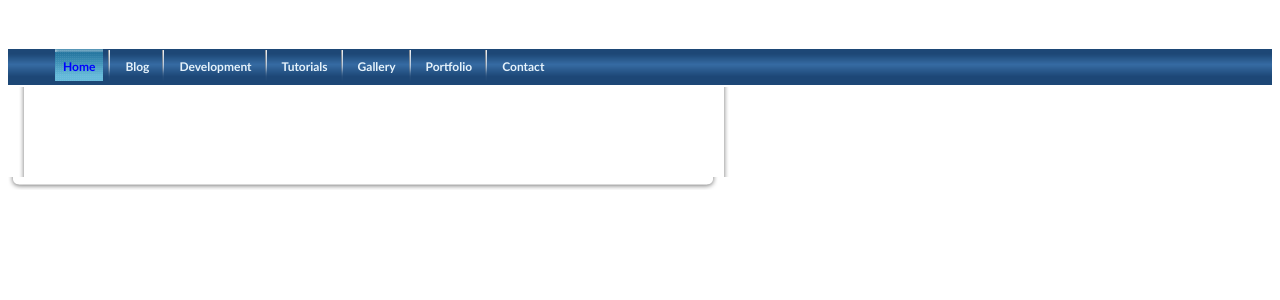
Repository: acura/IssueTrackingSystem
Page: its/WebContent/index1.html
These files come from the project's save history. The page is drawn as it stood at one moment and after the next save; the edit follows.
The browser window is 1280 px wide. The pictures show the whole page.

Above is the page before, as saved 2013-02-21 07:02:52.

### its/WebContent/index1.html
<!DOCTYPE html PUBLIC "-//W3C//DTD XHTML 1.0 Strict//EN" "http://www.w3.org/TR/xhtml1/DTD/xhtml1-strict.dtd">

<html xmlns="http://www.w3.org/1999/xhtml" xml:lang="hu" lang="hu">
<head>
	<meta http-equiv="Content-Type" content="text/html; charset=utf-8" />
	<title>Menu</title>

	<style media="all" type="text/css">@import "menu_style.css";</style>
	<!--[if lt IE 7]>
		<link rel="stylesheet" type="text/css" href="/include/ie6.css" media="screen"/>
	<![endif]-->
</head>
<body>
<div class="wrapper1">
	<div class="wrapper">
		<div class="nav-wrapper">
			<div class="nav-left"></div>
			<div class="nav">
				<ul id="navigation">
			   		<li class="active">
						<a href="#">
							<span class="menu-left"></span>
							<span class="menu-mid">Home</span>
							<span class="menu-right"></span>
						</a>
					</li>
			   		<li class="">
						<a href="#">
							<span class="menu-left"></span>
							<span class="menu-mid">Blog</span>
							<span class="menu-right"></span>
						</a>
	            	   	<div class="sub">
			   				<ul>
			   					<li>
									<a href="#">Archives</a>
								</li>
			   					<li>
									<a href="#">Categories</a>
								</li>
			   					<li>
									<a href="#">Top-rated Posts</a>
								</li>
			   					<li>
									<a href="#">Most-viewed Entries</a>
								</li>
			   				</ul>
			   				<div class="btm-bg"></div>
			   			</div>
					</li>
			   		<li class="">
						<a href="#">
							<span class="menu-left"></span>
							<span class="menu-mid">Development</span>
							<span class="menu-right"></span>
						</a>
			   			<div class="sub">
			   				<ul>
			   					<li>
									<a href="#">Wordpress Themes</a>
									</li>
			   					<li>
									<a href="#">Wordpress Plugins</a>
								</li>
			   					<li>
									<a href="#">Mac OS X</a>
								</li>
			   				</ul>
			   				<div class="btm-bg"></div>
			   			</div>
			   		</li>
			   		<li class="">
						<a href="#">
							<span class="menu-left"></span>
							<span class="menu-mid">Tutorials</span>
							<span class="menu-right"></span>
						</a>
	            	   	<div class="sub">
			   				<ul>
			   					<li>
									<a href="#">Photoshop</a>
								</li>
			   					<li>
									<a href="#">Illustrator</a>
								</li>
			   					<li>
									<a href="#">Css, Html</a>
								</li>
								<li>
									<a href="#">Post Your Tutorial!</a>
								</li>
			   				</ul>
			   				<div class="btm-bg"></div>
			   			</div>
					</li>
			   		<li class="">
						<a href="#">
							<span class="menu-left"></span>
							<span class="menu-mid">Gallery</span>
							<span class="menu-right"></span>
						</a>
	            	   	<div class="sub">
			   				<ul>
			   					<li>
									<a href="#">Personal Photos</a>
								</li>
			   					<li>
									<a href="#">My Friends</a>
								</li>
			   					<li>
									<a href="#">Tech</a>
								</li>
			   				</ul>
			   				<div class="btm-bg"></div>
			   			</div>
					</li>
			   		<li class="">
						<a href="#">
							<span class="menu-left"></span>
							<span class="menu-mid">Portfolio</span>
							<span class="menu-right"></span>
						</a>
	            	   	<div class="sub">
			   				<ul>
			   					<li>
									<a href="#">My Works</a>
								</li>
			   				</ul>
			   				<div class="btm-bg"></div>
			   			</div>
					</li>
			   		<li class="last">
						<a href="">
							<span class="menu-left"></span>
							<span class="menu-mid">Contact</span>
							<span class="menu-right"></span>
						</a>
			   		</li>
			   	</ul>
			</div>
			<div class="nav-right"></div>
		</div>
		<div class="content">
			<p>&nbsp;</p>
			<p>&nbsp;</p>

		</div>
		<div class="content-bottom"></div>
	</div>
</div>
</body>
</html>

### its/WebContent/css/menu_style.css
.wrapper1{

	color: blue;
	font: 14px "Futura Medium", "Myriad Pro", "Gill Sans", Helvetica, Verdana, Arial, sans-serif;
	margin: 0;
	padding: 0px 0 0;
	width: 100%;
	}
	.wrapper1 a{
		color: #E5F2FB;
		text-decoration: none;
	}
	.wrapper1 a:hover {
		color: #009966;
	}
	.wrapper1 p {
		margin: 0 0 17px;
		padding: 0;
		line-height: 18px;
	}
.wrapper {

	margin: 0px auto;
	width: 100%;
}
.nav {
	background: #fff url(../images/menuback.png) repeat-x;
	float: left;
	width: 100%;
}
.nev-wrapper {
	clear: both;
	float: left;
	width: 100%;
}
.nav-left {
	/*background: url(../images/nav_left.png) no-repeat top left;*/
	float: left;
	width: 11px;
	height: 41px;
}
.nav-right {
	/*background: url(../images/nav_right.png) no-repeat top right;*/
	float: left;
	width: 11px;
	height: 41px;
}
.nav ul {
	/*width: 648px;*/
	height: 38px;
	float: left;
	margin: 0;
	list-style: none;
	font-size: 12px;
	font-weight: bold;
}
.nav li {
	float: left;
	padding: 0 7px;
	background: url(../images/split.png) no-repeat right center;
	text-align:left;
	font-color: black;
	position: relative;
	z-index: 1;
}
.nav li.last {
	background:none;
}
.nav li:hover {
	z-index:2;
}
.nav li a {
	display: block;
	line-height: 38px;
	overflow: hidden;
	float: left;
}
a .menu-left {
	/*background: url(../images/menu_left.gif) no-repeat left top;*/
	width: 8px;
	height: 32px;
	line-height: 35px;
	display: block;
	float: left;
}
a .menu-mid {
	/*background: url(../images/menu_mid.gif) repeat-x top left;*/
	height: 32px;
	line-height: 35px;
	display: block;
	float: left;
}
a .menu-right {
	/*background: url(../images/menu_right.gif) no-repeat top left;*/
	width: 8px;
	height: 32px;
	line-height: 35px;
	display: block;
	float: left;
}
.nav li a:hover .menu-left,
.nav li.active a .menu-left,
.nav li:hover a .menu-left,
.nav li a:hover .menu-mid,
.nav li.active a .menu-mid,
.nav li:hover a .menu-mid,
.nav li a:hover .menu-right,
.nav li.active a .menu-right,
.nav li:hover a .menu-right {
	background-position: 0 -37px;
	line-height: 35px;
}
.nav li a:hover,
.nav li.active a,
.nav li.hover a,
.nav li:hover a {
	/*color:rgb(24,34,181);*/
	color:Blue;
	background-image: url(../images/top_menu_bg_img.png);
}
.nav li:hover .sub,
.nav li.hover .sub {
	display:block;
}
.nav li .sub {
	display: none;
	position: absolute;
	top: 27px;
	left: 6px;
	background: url(../images/submenu_top.png) no-repeat;
	width: 186px;
	padding-top: 9px;
}
.nav li ul {
	background: url(../images/submenu_bg.png) repeat-y;
	width: 162px;
	height: auto;
	margin: 0;
	padding: 0 12px 10px;
	list-style: none;
	font-size: 12px;
}

.nav li:hover li,
.nav li.active li {
	width: 100%;
	padding: 1px 0 2px;
	border-bottom: 1px #C1D9F0 dashed;
	background: none !important;
}
.nav li:hover li a,
.nav li.active li a {
	color: #003300;
	background: none !important;
	line-height: normal;
	width: 156px;
	padding: 8px 3px 3px;
	text-indent: 1px;
}
.nav li:hover li a:hover,
.nav li.active li a:hover {
	color: #fff;
	background: url(../images/menu_but_bg14.png)!important;
	text-decoration: none;
	line-height: normal;
}
/*IE*/
.nav li li a:hover,
.nav li li a:hover {
	color: #fff;
	background: url(../images/background2.png) !important;
	text-decoration: none;
	line-height: normal;
}
/**/
.nav .btm-bg {
	background: url(../images/submenu_bottom.png) no-repeat;
	width: 205px;
	height: 9px;
	overflow: hidden;
	clear: both;
}
.content {
	width: 670px;
	background: transparent url(../images/content_bg.png) repeat-y;
	float: left;
	padding: 10px 20px;
}
.content h1 {
	color: #333;
	font-weight: 400;
	text-transform: uppercase;
	font-size: 18px;
	border-bottom: 1px dashed #C1D9F0;
}
.content h2 {
	font-weight: 400;
	text-transform: uppercase;
	font-size: 14px;
	padding-left: 10px;
	margin-bottom: -5px;
}
.content p {
	padding: 0 15px;
	text-align: justify;
}
.content-bottom {
	width: 710px;
	background: transparent url(../images/content_bottom.png) no-repeat;
	height: 13px;
	float: left;
}

After the next save:
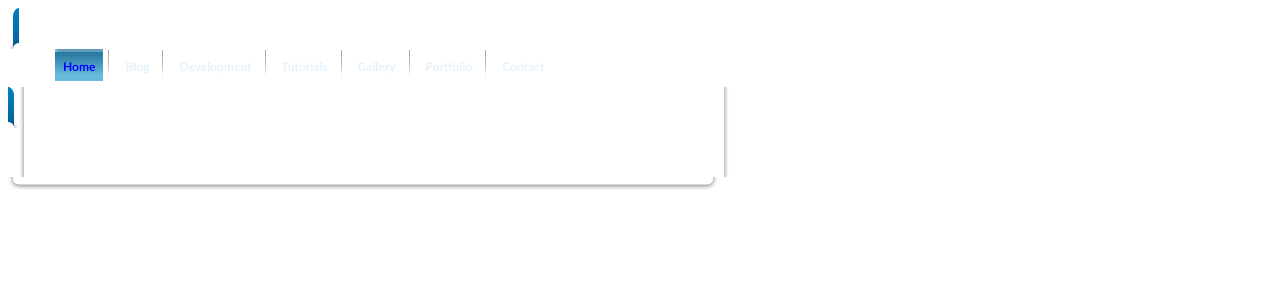
Saved 3 min 28 s later.
--- a/its/WebContent/css/menu_style.css
+++ b/its/WebContent/css/menu_style.css
@@ -24,7 +24,7 @@
 	width: 100%;
 }
 .nav {
-	background: #fff url(../images/menuback.png) repeat-x;
+	/*background: #fff url(../images/menuback.png) repeat-x;*/
 	float: left;
 	width: 100%;
 }
@@ -34,13 +34,13 @@
 	width: 100%;
 }
 .nav-left {
-	/*background: url(../images/nav_left.png) no-repeat top left;*/
+	background: url(../images/nav_left.png) no-repeat top left;
 	float: left;
 	width: 11px;
 	height: 41px;
 }
 .nav-right {
-	/*background: url(../images/nav_right.png) no-repeat top right;*/
+	background: url(../images/nav_right.png) no-repeat top right;
 	float: left;
 	width: 11px;
 	height: 41px;
@@ -82,6 +82,7 @@
 	line-height: 35px;
 	display: block;
 	float: left;
+	color:Blue;
 }
 a .menu-mid {
 	/*background: url(../images/menu_mid.gif) repeat-x top left;*/

After the save that followed:
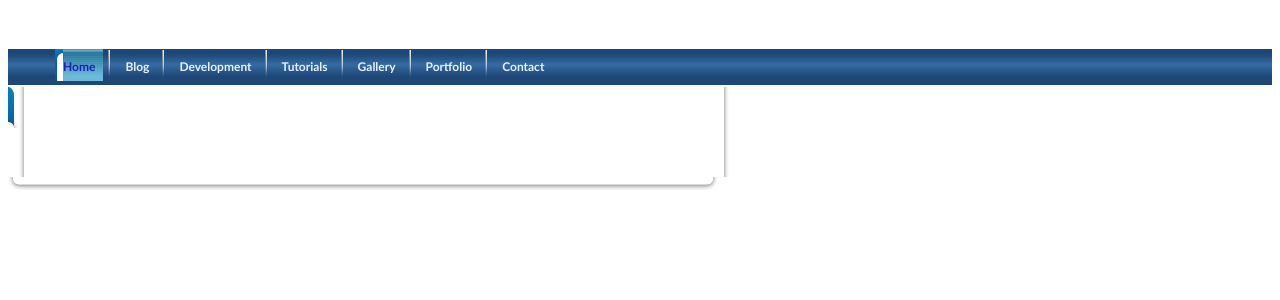
Saved 9 min 4 s later.
--- a/its/WebContent/css/menu_style.css
+++ b/its/WebContent/css/menu_style.css
@@ -24,7 +24,7 @@
 	width: 100%;
 }
 .nav {
-	/*background: #fff url(../images/menuback.png) repeat-x;*/
+	background: #fff url(../images/menuback.png) repeat-x;
 	float: left;
 	width: 100%;
 }
@@ -34,7 +34,7 @@
 	width: 100%;
 }
 .nav-left {
-	background: url(../images/nav_left.png) no-repeat top left;
+	/*background: url(../images/nav_left.png) no-repeat top left;*/
 	float: left;
 	width: 11px;
 	height: 41px;
@@ -76,13 +76,13 @@
 	float: left;
 }
 a .menu-left {
-	/*background: url(../images/menu_left.gif) no-repeat left top;*/
+	background: url(../images/menu_left.gif) no-repeat left top;
 	width: 8px;
 	height: 32px;
 	line-height: 35px;
 	display: block;
 	float: left;
-	color:Blue;
+	/*color:Blue;*/
 }
 a .menu-mid {
 	/*background: url(../images/menu_mid.gif) repeat-x top left;*/
@@ -115,8 +115,8 @@
 .nav li.active a,
 .nav li.hover a,
 .nav li:hover a {
-	/*color:rgb(24,34,181);*/
-	color:Blue;
+	color:rgb(24,34,181);
+
 	background-image: url(../images/top_menu_bg_img.png);
 }
 .nav li:hover .sub,
